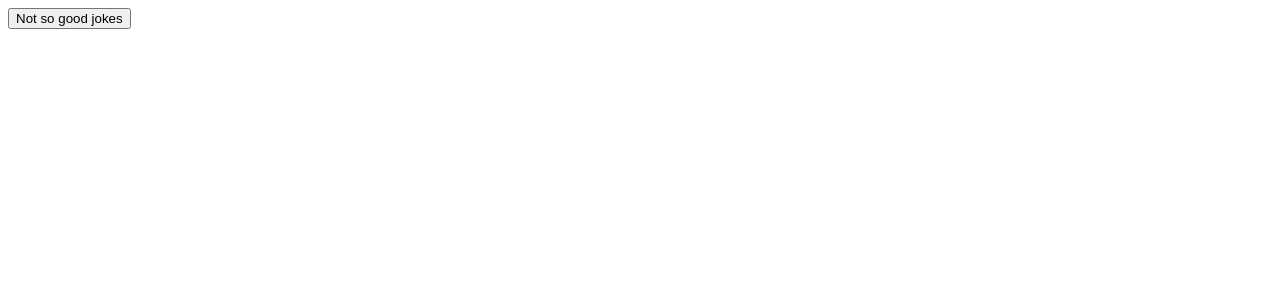
Repository: SerbanLuca/ChuckNorrisJokes-app
Page: /
The author's editor kept a copy of each file at every save. The page is drawn from the files as they stood at one save, then again after a run of saves.
The browser window is 1280 px wide. The pictures show the whole page.
The project was rebuilt for these pictures with package versions that can differ from the ones it lists, and the page was loaded fresh each time. Also part of the build but not shown: src/App.css, src/Button.js.

Above is the page before, as saved 2021-04-07 11:22:08.

### src/App.js
import './App.css';
import React, {useState} from 'react';
import Button from './Button';

const LEVEL_JOKES = [
  {
    name: "no so good jokes"
  },
  {
    name: "medium jokes"
  },
  {
    name: "best jokes ever"
  }
]

function App() {

  const [levels, setLevels] = useState(LEVEL_JOKES);

  return (
    <>
      <button clasName="easy">Not so good jokes</button>
    </>
  );
}

export default App;

Loaded but not shown: public/index.html (common file); src/index.js (common file)

After the next 3 saves:
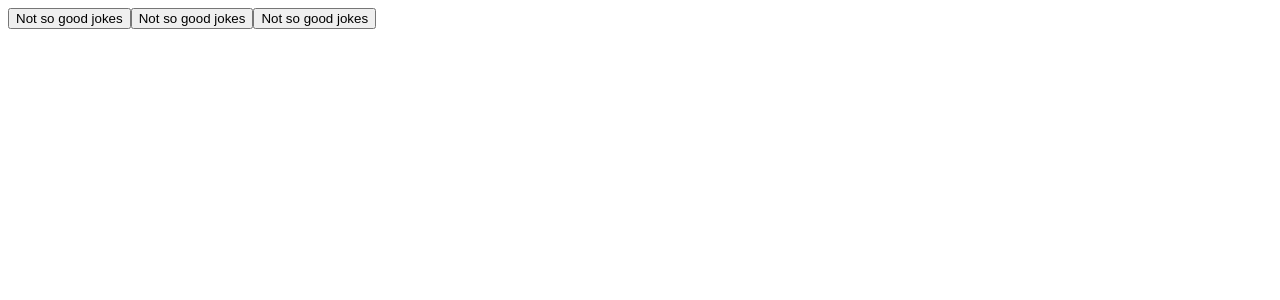
The 3 saves are shown as one change because they came seconds apart.
The last was saved 15 s later.
--- a/src/App.js
+++ b/src/App.js
@@ -21,6 +21,9 @@ function App() {
   return (
     <>
       <button clasName="easy">Not so good jokes</button>
+      <button clasName="medium">Not so good jokes</button>
+      <button clasName="hard">Not so good jokes</button>
+
     </>
   );
 }
